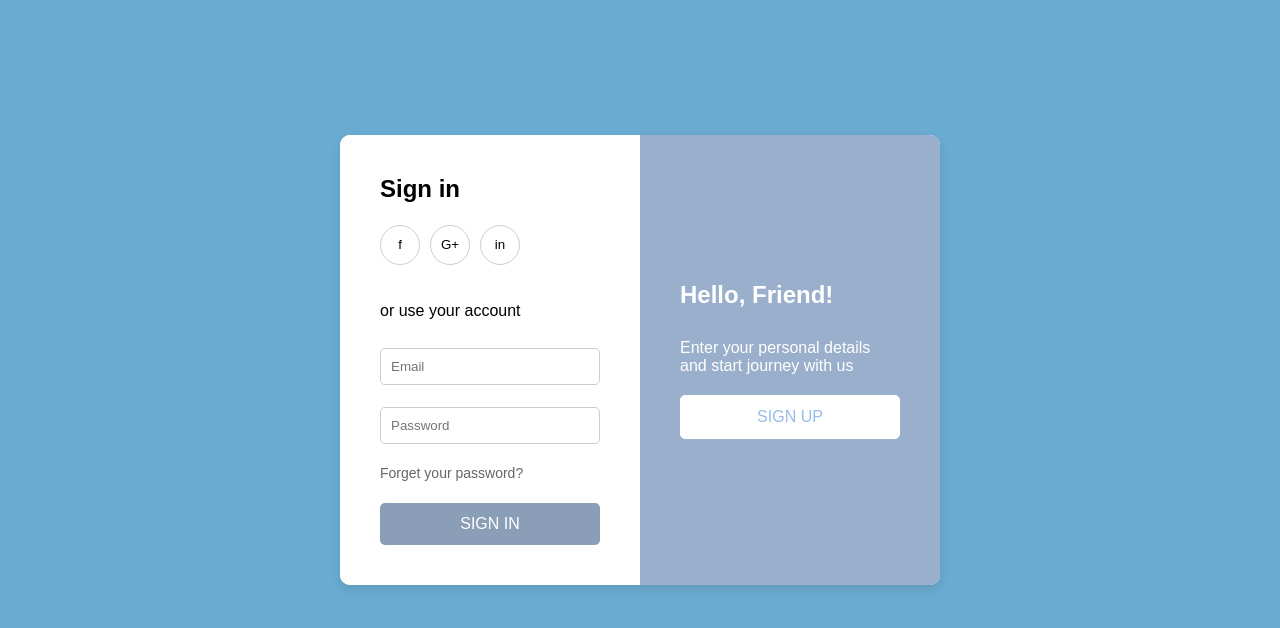
Repository: lavanya787/ml_system
Page: http://localhost/
The author's editor kept a copy of each file at every save. The page is drawn from the files as they stood at one save, then again after a run of saves.
The browser window is 1280 px wide. The pictures show the whole page.
The page is served by the project's application, run on Flask 3 (flask_app.py).

Above is the page before, as saved 2025-06-04 11:15:25.

### templates/index.html
<!DOCTYPE html>
<html lang="en">
<head>
    <meta charset="UTF-8">
    <meta name="viewport" content="width=device-width, initial-scale=1.0">
    <title>🤖Chatbot</title>
    <link rel="stylesheet" href="{{ url_for('static', filename='style.css') }}">
</head>
<body>
    <!-- Notification div -->
    <div id="notification" class="notification" style="display: none;">
        <span id="notification-message"></span>
    </div>

    <div class="container" id="login-container">
        <div class="form-section">
            <h2>Sign in</h2>
            <div class="social-buttons">
                <button>f</button>
                <button>G+</button>
                <button>in</button>
            </div>
            <p>or use your account</p>
            <input type="email" id="login-email" placeholder="Email" required>
            <input type="password" id="login-password" placeholder="Password" required>
            <a href="#" class="forgot-password">Forget your password?</a>
            <button class="action-button" onclick="handleLogin()">SIGN IN</button>
        </div>
        <div class="welcome-section" id="signup-section">
            <h2>Hello, Friend!</h2>
            <p>Enter your personal details and start journey with us</p>
            <button class="action-button" onclick="showRegister()">SIGN UP</button>
        </div>
    </div>

    <div class="container" id="register-container" style="display: none;">
        <div class="welcome-section">
            <h2>Welcome Back!</h2>
            <p>To keep connected with us please login with your personal info</p>
            <button class="action-button" onclick="showLogin()">SIGN IN</button>
        </div>
        <div class="form-section">
            <h2>Create Account</h2>
            <div class="social-buttons">
                <button>f</button>
                <button>G+</button>
                <button>in</button>
            </div>
            <p>or use your email for registration</p>
            <input type="text" id="register-username" placeholder="Name" required>
            <input type="email" id="register-email" placeholder="Email" required>
            <input type="password" id="register-password" placeholder="Password" required>
            <button class="action-button" onclick="handleRegister()">SIGN UP</button>
        </div>
    </div>

    <script src="{{ url_for('static', filename='script.js') }}"></script>
</body>
</html>

### flask_app.py
from flask import Flask, request, jsonify, render_template, redirect, url_for
from flask_cors import CORS
from supabase import create_client, Client
import bcrypt
import uuid
from datetime import datetime
import re

app = Flask(__name__)
CORS(app)

# Supabase setup
SUPABASE_URL = "https://uctyxchurvievzvhthru.supabase.co"
SUPABASE_KEY = "eyJhbGciOiJIUzI1NiIsInR5cCI6IkpXVCJ9.eyJpc3MiOiJzdXBhYmFzZSIsInJlZiI6InVjdHl4Y2h1cnZpZXZ6dmh0aHJ1Iiwicm9sZSI6ImFub24iLCJpYXQiOjE3NDU0ODk0MDIsImV4cCI6MjA2MTA2NTQwMn0.YytXX-q4QDO_vY9f1e_P-UWc6v6860kcsbe_bTZVgCI"
supabase: Client = create_client(SUPABASE_URL, SUPABASE_KEY)

# Function to validate UUID
def is_valid_uuid(val):
    uuid_pattern = re.compile(
        r'^[0-9a-fA-F]{8}-[0-9a-fA-F]{4}-[0-9a-fA-F]{4}-[0-9a-fA-F]{4}-[0-9a-fA-F]{12}$'
    )
    return bool(uuid_pattern.match(val))

# Serve the main page
@app.route('/')
def index():
    return render_template('index.html')

@app.route('/api/register', methods=['POST'])
def register():
    data = request.get_json()
    username = data.get('username')
    email = data.get('email')
    password = data.get('password')

    # Check if user already exists
    user = supabase.table('users').select('*').eq('email', email).execute()
    print(f"Checking if user exists with email {email}: {user.data}")  # Debug log
    if user.data:
        return jsonify({'message': 'User already exists'}), 400

    # Hash password
    hashed_password = bcrypt.hashpw(password.encode('utf-8'), bcrypt.gensalt()).decode('utf-8')

    # Generate unique user ID
    user_id = str(uuid.uuid4())
    print(f"Generated user_id for registration: {user_id}")  # Debug log
    if not is_valid_uuid(user_id):
        print(f"ERROR: Generated user_id is not a valid UUID: {user_id}")
        return jsonify({'message': 'Internal server error: Invalid user_id generated'}), 500

    # Store user in Supabase
    registration_time = datetime.utcnow().isoformat()
    new_user = {
        'user_id': user_id,
        'username': username,
        'email': email,
        'password': hashed_password,
        'registration_time': registration_time
    }
    print(f"Storing user in Supabase: {new_user}")  # Debug log
    try:
        supabase.table('users').insert(new_user).execute()
    except Exception as e:
        print(f"Error inserting user into Supabase: {e}")
        return jsonify({'message': 'Error storing user in database'}), 500

    # Redirect to Streamlit app with user_id as a query parameter
    streamlit_url = f"http://localhost:8501/?user_id={user_id}"
    print(f"Redirecting to Streamlit app after registration: {streamlit_url}")  # Debug log
    return jsonify({'message': 'Registration successful', 'redirect': streamlit_url}), 200

@app.route('/api/login', methods=['POST'])
def login():
    data = request.get_json()
    email = data.get('email')
    password = data.get('password')

    # Fetch user from Supabase
    user = supabase.table('users').select('*').eq('email', email).execute()
    print(f"Supabase response for user lookup: {user.data}")  # Debug log
    if not user.data:
        return jsonify({'message': 'User not found'}), 404

    user_data = user.data[0]
    # Verify password
    if not bcrypt.checkpw(password.encode('utf-8'), user_data['password'].encode('utf-8')):
        return jsonify({'message': 'Incorrect password'}), 401

    # Update last login time
    login_time = datetime.utcnow().isoformat()
    try:
        supabase.table('users').update({'last_login': login_time}).eq('email', email).execute()
    except Exception as e:
        print(f"Error updating last login time in Supabase: {e}")
        return jsonify({'message': 'Error updating login time'}), 500

    # Redirect to Streamlit app with user_id as a query parameter
    user_id = user_data['user_id']
    print(f"Retrieved user_id for login: {user_id}")  # Debug log
    if not is_valid_uuid(user_id):
        print(f"ERROR: Retrieved user_id is not a valid UUID: {user_id}")
        return jsonify({'message': 'Internal server error: Invalid user_id retrieved'}), 500

    streamlit_url = f"http://localhost:8501/?user_id={user_id}"
    print(f"Redirecting to Streamlit app after login: {streamlit_url}")  # Debug log
    return jsonify({'message': 'Login successful', 'redirect': streamlit_url}), 200

if __name__ == '__main__':
    app.run(host='0.0.0.0', port=5000, debug=True)

### static/style.css
body {
    font-family: Arial, sans-serif;
    display: flex;
    justify-content: center;
    align-items: center;
    height: 100vh;
    margin: 0;
    background-color: #6aabd1; /* Subtle gray */
    position: relative;
}

/* Notification styling */
.notification {
    position: fixed;
    top: 20px;
    left: 50%;
    transform: translateX(-50%);
    background: linear-gradient(to right, #8da0b9, #56CCF2); /* Blue gradient */
    color: white;
    padding: 15px 30px;
    border-radius: 10px;
    box-shadow: 0 4px 10px rgba(0, 0, 0, 0.2);
    display: flex;
    align-items: center;
    font-size: 16px;
    z-index: 1000;
}

.notification::before {
    content: "✔";
    margin-right: 10px;
    font-size: 20px;
}

.container {
    display: flex;
    width: 600px;
    height: 450px;
    background: white;
    border-radius: 10px;
    box-shadow: 0 4px 10px rgba(0, 0, 0, 0.1);
    overflow: hidden;
}

.form-section, .welcome-section {
    width: 50%;
    padding: 40px;
    box-sizing: border-box;
}

.form-section {
    background: white;
    display: flex;
    flex-direction: column;
    justify-content: space-between;
}

.welcome-section {
    background: #99afcb; /* Professional Blue */
    color: white;
    display: flex;
    flex-direction: column;
    justify-content: center;
}

h2 {
    margin: 0 0 20px;
    font-size: 24px;
}

.social-buttons {
    display: flex;
    gap: 10px;
    margin-bottom: 20px;
}

.social-buttons button {
    width: 40px;
    height: 40px;
    border-radius: 50%;
    border: 1px solid #ccc;
    background: white;
    cursor: pointer;
}

input {
    width: 100%;
    padding: 10px;
    margin: 10px 0;
    border: 1px solid #ccc;
    border-radius: 5px;
    box-sizing: border-box;
}

.forgot-password {
    display: block;
    margin: 10px 0;
    color: #666;
    text-decoration: none;
    font-size: 14px;
}

.action-button {
    width: 100%;
    padding: 12px;
    border: none;
    border-radius: 5px;
    background: #8b9eb7; /* Button Blue */
    color: white;
    font-size: 16px;
    cursor: pointer;
    margin-top: 10px;
}

.welcome-section button {
    background: white;
    color: #98bcea;
    border: 1px solid #fff;
    padding: 12px;
    font-size: 16px;
    border-radius: 5px;
    cursor: pointer;
    transition: background 0.3s, color 0.3s;
}

.welcome-section button:hover {
    background: #f0f2f5;
    color: #8aa3c4;
}

.welcome-section p {
    margin: 10px 0;
}

### static/script.js
function showRegister() {
    document.getElementById('login-container').style.display = 'none';
    document.getElementById('register-container').style.display = 'flex';
}

function showLogin() {
    document.getElementById('register-container').style.display = 'none';
    document.getElementById('login-container').style.display = 'flex';
}

// Function to show notification
function showNotification(message, callback) {
    const notification = document.getElementById('notification');
    const notificationMessage = document.getElementById('notification-message');
    notificationMessage.textContent = message;
    notification.style.display = 'flex';
    // Hide after 2 seconds and call the callback
    setTimeout(() => {
        notification.style.display = 'none';
        if (callback) callback(); // Execute callback after notification hides
    }, 2000);
}

async function handleRegister() {
    const username = document.getElementById('register-username').value;
    const email = document.getElementById('register-email').value;
    const password = document.getElementById('register-password').value;

    try {
        const response = await fetch('/api/register', {
            method: 'POST',
            headers: { 'Content-Type': 'application/json' },
            body: JSON.stringify({ username, email, password })
        });
        const result = await response.json();

        if (response.ok) {
            console.log('Registration successful, redirect URL:', result.redirect); // Debug log
            showNotification('Welcome! Your registration was successful. Let\'s get started.', () => {
                console.log('Redirecting to:', result.redirect); // Debug log
                window.location.href = result.redirect;  // Redirect to Streamlit app
            });
        } else {
            console.error('Registration failed:', result.message); // Debug log
            showNotification(result.message); // Show error message (e.g., "User already exists")
        }
    } catch (error) {
        console.error('Error during registration:', error); // Debug log
        showNotification('Error during registration');
    }
}

async function handleLogin() {
    const email = document.getElementById('login-email').value;
    const password = document.getElementById('login-password').value;

    try {
        const response = await fetch('/api/login', {
            method: 'POST',
            headers: { 'Content-Type': 'application/json' },
            body: JSON.stringify({ email, password })
        });
        const result = await response.json();

        if (response.ok) {
            console.log('Login successful, redirect URL:', result.redirect); // Debug log
            showNotification('Welcome! You have successfully logged in.', () => {
                console.log('Redirecting to:', result.redirect); // Debug log
                window.location.href = result.redirect;  // Redirect to Streamlit app
            });
        } else {
            console.error('Login failed:', result.message); // Debug log
            showNotification(result.message); // Show error message (e.g., "Incorrect password")
        }
    } catch (error) {
        console.error('Error during login:', error); // Debug log
        showNotification('Error during login');
    }
}

After the next 6 saves:
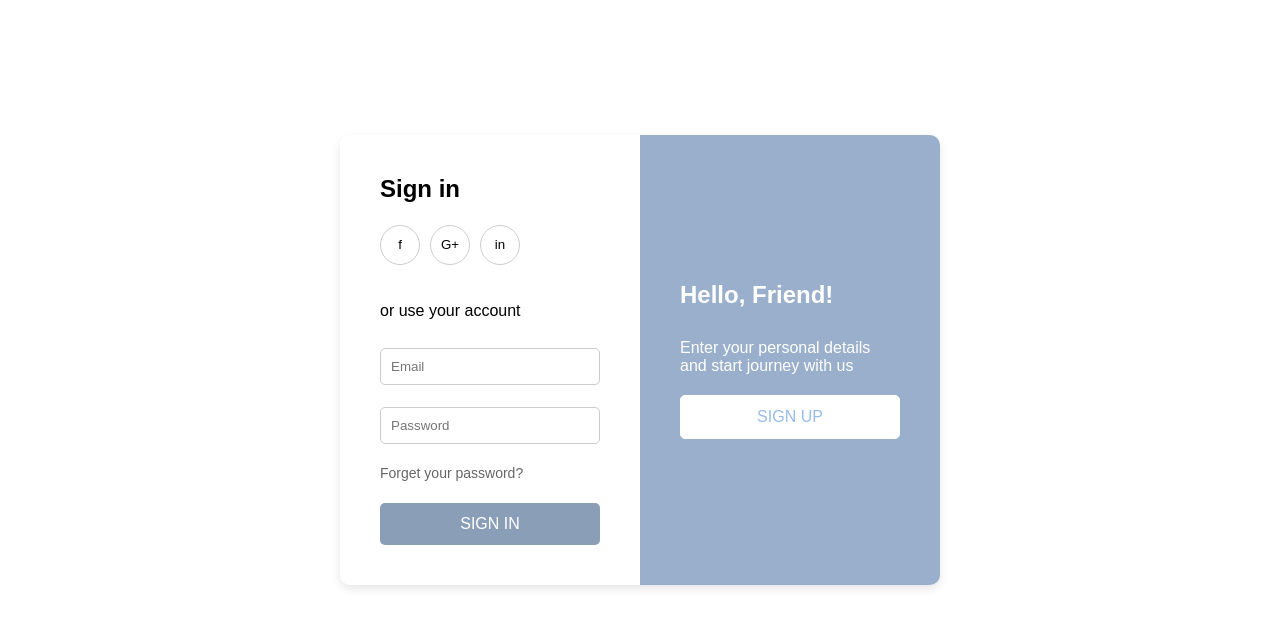
The 6 saves are shown as one change because they came seconds apart.
The last was saved 6 min 58 s later.
--- a/static/style.css
+++ b/static/style.css
@@ -5,7 +5,7 @@ body {
     align-items: center;
     height: 100vh;
     margin: 0;
-    background-color: #6aabd1; /* Subtle gray */
+    background-color: white; /* Subtle gray */
     position: relative;
 }
 
